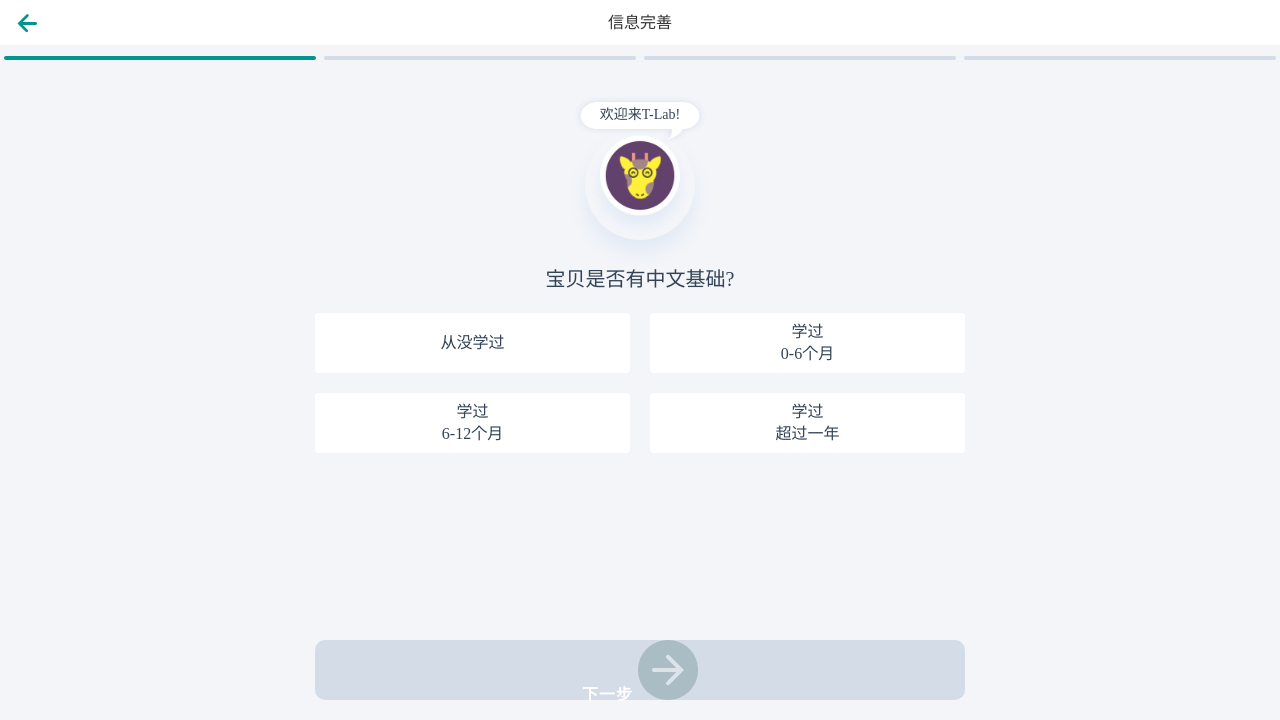
Repository: huangjf1/1
Page: /
An editor plug-in stored every save of this project. The page is shown before and after the next save, followed by the edit.
The browser window is 1280 px wide. The pictures show the whole page.
The project was rebuilt for these pictures with package versions that can differ from the ones it lists, and the page was loaded fresh each time. Also part of the build but not shown: vue.config.js.

Above is the page before, as saved 2021-08-24 12:37:45.

### src/main.js
import { createApp } from 'vue'
import { NavBar, Swipe, SwipeItem, Picker, Field, Popup } from 'vant';
import App from './App.vue'
import router from './router'
import less from 'less'
import "lib-flexible/flexible.js"
import 'vant/lib/index.css';
const app = createApp(App)
app.use(router)
app.use(less)
app.use(NavBar)
app.use(Swipe)
app.use(Picker)
app.use(Field)
app.use(SwipeItem)
app.use(Popup)
app.mount('#app')

### src/App.vue
<template>
  <div id="app">
    <router-view></router-view>
  </div>
</template>

<script>
export default {
  name: 'App',
}
</script>
<style>
*{
  margin: 0;
  padding: 0;
  font-family: Montserrat,PingFang,Microsoft YaHei;
}
#app {
  width: 100%;
  height: 100%;
  position: absolute;
  left: 0;
  right: 0;
  top: 0;
  bottom: 0;
}
</style>

### src/router/index.js
import { createRouter, createWebHashHistory } from 'vue-router'
const router = createRouter({
  history: createWebHashHistory(),
  routes: [
    {
      path: '/',
      name: '/',
      redirect: '/index'
    },
    {
    path: '/index',
    name: 'index',
    component: () => import('@/views/index.vue'),
    meta: {
      index: 1
    }
  },]
})
export default router

### src/views/index.vue

<template>
  <div class="content">
    <van-nav-bar title="信息完善" left-arrow @click-left="onClickLeft">
      <template #left>
        <img class="backIcon" src="@/assets/image/back.png" alt="">
      </template>
    </van-nav-bar>
    <div class="tabs">
      <div :class="initIndex>=0?'currentTab':''"></div>
      <div :class="initIndex>=1?'currentTab':''"></div>
      <div :class="initIndex>=2?'currentTab':''"></div>
      <div :class="initIndex>=3?'currentTab':''"></div>
      <!-- <div :class="initIndex==4?'currentTab':''"></div> -->
    </div>
    <div class="my-swipe">
      <van-swipe ref="swipe"  indicator-color="transparent" :touchable="false">
        <!-- 是否有中文基础 -->
        <van-swipe-item class="pageFour">
          <div class="select-chines">
            <div class="message-info">欢迎来T-Lab!</div>
            <img class="avatar" src="@/assets/image/avatar.png">
            <p>宝贝是否有中文基础?</p>
            <div class="select-list-box">
              <div @click="selectChines!=0?selectChines=0:selectChines=null" class="select-list" :class="selectChines==0?'current-select-list':''">
                从没学过
              </div>
              <div @click="selectChines!=1?selectChines=1:selectChines=null" class="select-list" :class="selectChines==1?'current-select-list':''">
                <p>学过</p>
                <p>0-6个月</p>
              </div>
              <div @click="selectChines!=2?selectChines=2:selectChines=null" class="select-list" :class="selectChines==2?'current-select-list':''">
                <p>学过</p>
                <p>6-12个月</p>
              </div>
              <div @click="selectChines!=3?selectChines=3:selectChines=null" class="select-list" :class="selectChines==3?'current-select-list':''">
                <p>学过</p>
                <p>超过一年</p>
              </div>
            </div>
          </div>
          <div class="btn" @click="next(1)" v-show="selectChines!=null">
            下一步
          </div>
          <div class="btn-gray" v-show="selectChines==null">
            下一步
            <img src="@/assets/image/next_gray.png" alt="">
          </div>
        </van-swipe-item>
        <!-- 学习中文的侧重点 -->
        <van-swipe-item class="pageFour">
          <div class="select-chines">
            <img class="avatar" src="@/assets/image/avatar.png">
            <p>宝贝学习中文的侧重点? (可多选)</p>
            <div class="select-list-box">
              <div class="select-list" @click="selectList(item, index)" :class="item.check==true?'current-select-list':''" v-for="(item, index) in list" :key="index">
                {{item.text}}
              </div>
            </div>
          </div>
          <div class="btn" @click="next(2)" v-show="list.some(item => item.check === true)"></div>
          <div class="btn-gray" v-show="!list.some(item => item.check === true)"></div>
        </van-swipe-item>
        <!-- 选择出生年月 -->
        <van-swipe-item class="pageThree">
          <div class="select-age">
            <img class="avatar" src="@/assets/image/avatar.png">
            <p>宝贝哪年出生?</p>
            <van-field
              v-model="result"
              is-link
              readonly
              placeholder="请选择"
              @click="showPicker = true"
              arrow-direction='down'
              input-align='center'
              :border='false'
            />
            <div class="age-desc">我们会根据孩子不同的年龄推荐相应的体验课程</div>

          </div>
          <div class="btn" @click="next(3)" v-show="result"></div>
          <div class="btn-gray" v-show="!result"></div>
        </van-swipe-item>
        <!-- 输入昵称 -->
        <van-swipe-item class="pageOne">
          <div class="pageOneDesc">
            <img class="avatar" src="@/assets/image/avatar.png">
            <div class="nameDesc">点击输入宝贝昵称</div>
            <input @input="changeText" v-model="name" type="text" placeholder="请输入">
            <div class="message" :class="firstShow?'messageColor':''">最多14个英文字符或7个汉字</div>
          </div>
          <div class="btn btn-success" v-show="!firstShow"></div>
          <div class="btn-gray" v-show="firstShow"></div>
        </van-swipe-item>
        <!-- 选择性别 -->
        <!-- <van-swipe-item class="pageTwo">
          <div class="selectSex">
            <div class="man" @click="selectSex!=1?selectSex=1:selectSex=''">
              <img class="manImg" src="@/assets/image/man.png">
              <img class="checkImg" v-show="selectSex==1" src="@/assets/image/checked.png">
            </div>
            <div class="andText">或</div>
            <div class="woman" @click="selectSex!=2?selectSex=2:selectSex=''">
              <img class="womanImg" src="@/assets/image/woman.png">
              <img class="checkImg" v-show="selectSex==2" src="@/assets/image/checked.png">
            </div>
          </div>
          <div class="btn" @click="next(2)" v-show="selectSex!=''"></div>
          <div class="btn-gray" v-show="selectSex==''"></div>
        </van-swipe-item> -->
      </van-swipe>
    </div>
    <van-popup v-model:show="showPicker" round position="bottom">
      <van-picker
        show-toolbar
        :columns="columns"
        @cancel="showPicker = false"
        @confirm="onConfirm"
        confirm-button-text="确定"
        confirm-color='red'
      />
    </van-popup>
  </div>
</template>
<script>
import { ref, onMounted } from 'vue'
export default {
  components: {

  },
  setup () {
    let initIndex = ref(0)
    let name = ref('')
    let selectChines = ref(null)
    let swipe = ref('')
    let firstShow = ref(true)
    let selectSex = ref('')
    let date = new Date()
    let year = date.getFullYear()
    console.log(year)
    const columns = []
    for (var i = 2000;i<=year;i++){
      columns.unshift({
        text: i
      })
    }
    // 侧重点列表
    const list = ref([
      { text: '拼音', check: false },
      { text: '听力', check: false },
      { text: '阅读', check: false },
      { text: '口语', check: false}
    ])
    const result = ref('');
    const showPicker = ref(false);
    const onConfirm = (value) => {
      result.value = value.text;
      showPicker.value = false;
    };
    // 返回
    const onClickLeft = () => {
      if (initIndex.value>0){
        swipe.value.prev()
        initIndex.value -= 1
      }
    }
    const selectList = (item) => {
      item.check = !item.check
    }
    const changeText = () => {
      /*eslint-disable*/
      let len = name.value.replace(/[^\x00-\xFF]/g,'**').length
      if (len<=14 && len>0) {
        firstShow.value = false
      } else {
        firstShow.value = true
      }
    }
    const next = (index) => {
      if (initIndex.value<4){
        swipe.value.next()
        initIndex.value = index
      }
    }
    onMounted (()=>{

    })
    return {
      initIndex,
      swipe,
      firstShow,
      columns,
      result,
      showPicker,
      list,
      selectChines,
      name,
      changeText,
      selectSex,
      onClickLeft,
      onConfirm,
      selectList,
      next
    }
  }
}
</script>
<style scoped lang="less">
 .content {
   width: 100%;
   height: 100%;
   margin: 0 auto;
   display: flex;
   overflow-y: auto;
   flex-direction: column;
   background: #f3f5f9;
   .backIcon {
     width: 24px;
     height: 24px;
   }
   .my-swipe {
      flex: 1;
      .van-swipe {
       height: 100%;
      }
      .van-swipe-item {
       color: #fff;
       font-size: 20px;
       text-align: center;
      }
      /deep/.van-swipe__indicators {
        display: none;
      }
      .pageOne {
        position: relative;
        display: flex;
        flex-direction: column;
        .pageOneDesc{
          flex: 1;
        }

        .nameDesc {
          text-align: center;
          color: #344356;
          font-size: 16px;
          font-weight: 600;
          font-family: PingFang HK;
          margin-top: 25px;
        }
        input {
          width: 335px;
          height: 16px;
          line-height: 16px;
          background: #FFFFFF;
          padding: 17px 0;
          border-radius: 10px;
          border: none;
          outline: none;
          font-size: 16px;
          text-align: center;
          margin-top: 19px;
          color: #344356;
        }
        .message {
          color: #344356;
          font-size: 14px;
          margin-top: 10px;
          &.messageColor {
            color: #FF7044;
          }
        }

      }
      .pageTwo {
        position: relative;
        display: flex;
        flex-direction: column;
        .selectSex {
          width: 140px;
          height: 340px;
          margin: 100px auto 0;
          flex: 1;
          .man,.woman {
            width: 140px;
            height: 140px;
            background: #FFFFFF;
            position: relative;
            cursor: pointer;
            .manImg{
              width: 56px;
              height: 59px;
              position: absolute;
              left: 0;
              top: 0;
              bottom: 0;
              right: 0;
              margin: auto;
            }
            .womanImg {
              width: 62px;
              height: 58px;
              position: absolute;
              left: 0;
              top: 0;
              bottom: 0;
              right: 0;
              margin: auto;
            }
            .checkImg {
              width: 22px;
              height: 22px;
              position: absolute;
              right: 5px;
              top: 5px;
            }
          }
          .andText {
            height: 60px;
            line-height: 60px;
            color: #344356;
            text-align: center;
            font-size: 16px;
          }
        }
      }
      .pageThree {
        display: flex;
        flex-direction: column;
        .select-age {
          width: 335px;
          flex: 1;
          margin: 0 auto;
          >p{
            color: #344356;
            font-size: 20px;
            margin-top: 20px;
            font-family: PingFang HK;
            font-style: normal;
            font-weight: 500;
            margin-bottom: 25px;
          }
          .age-desc {
            color: #5a6776;
            font-family: PingFang HK;
            font-style: normal;
            font-weight: normal;
            font-size: 14px;
            line-height: 20px;
            margin-top: 20px;
          }
          .van-field {
            border-radius: 5px;
          }
          /deep/ .van-popup--bottom {
            width: 375px;
            left: 0;
            right: 0;
            margin: auto;
            bottom: 0;
          }
          /deep/ .van-picker__toolbar {
            color: gray;
          }
          /deep/ .van-picker__confirm {
            color: #344356
          }
        }
      }
      .pageFour {
        margin: 0 auto;
        display: flex;
        flex-direction: column;
        .select-chines {
          flex: 1;
          width: 100%;
          min-width: 375px;
          max-width: 670px;
          margin: 0 auto;
          position: relative;
          .message-info {
            width: 136px;
            height: 52px;
            position: absolute;
            background: url('~@/assets/image/Union.png') no-repeat;
            background-size: 100% 100%;
            left: 0;
            right: 0;
            margin: auto;
            top: 35px;
            font-family: PingFang HK;
            font-style: normal;
            font-weight: 500;
            font-size: 14px;
            line-height: 40px;
            color: #344356;
          }
          >p {
            font-family: PingFang HK;
            font-style: normal;
            font-weight: 500;
            font-size: 20px;
            line-height: 28px;
            color: #344356;
            margin-top: 20px;
          }
          .select-list-box {
            display: flex;
            flex-wrap: wrap;
            justify-content: space-around;
          }
          .select-list {
            width: calc(50% - 20px);
            height: 60px;
            display: flex;
            margin:0 5px;
            flex-direction: column;
            align-items: center;
            background: white;
            font-family: PingFang HK;
            font-style: normal;
            font-weight: 500;
            font-size: 16px;
            line-height: 22px;
            display: flex;
            justify-content: center;
            text-align: center;
            color: #344356;
            border-radius: 4px;
            margin-top: 20px;
            &.current-select-list {
              background: #088384;
              color: white;
            }
          }
        }
      }
      .avatar {
        width: 110px;
        height: 110px;
        border-radius: 50%;
        box-shadow: 0px 12px 19px rgba(60, 128, 209, 0.0851449);
        margin-top: 70px;
      }
      .btn {
        width: 100%;
        min-width: 375px;
        max-width: 650px;
        height: 60px;
        background: #088384;
        background-size: 100% 100%;
        cursor: pointer;
        margin: 20px auto 20px;
        border-radius: 10px;
        font-family: Montserrat;
        font-weight: bold;
        font-size: 16px;
        letter-spacing: 1px;
        text-transform: uppercase;
        color: #FFFFFF;
      }
      .btn-success {
        background: url('../assets/image/success.png') no-repeat;
        background-size: 100% 100%;
      }
      .btn-gray {
        width: 100%;
        min-width: 375px;
        max-width: 650px;
        height: 60px;
        text-align: center;
        line-height: 60px;
        cursor: pointer;
        background: #D4DCE7;
        margin: 20px auto 20px;
        border-radius: 10px;
        font-family: Montserrat;
        font-weight: bold;
        font-size: 16px;
        letter-spacing: 1px;
        text-transform: uppercase;
        color: #FFFFFF;
      }
   }
   .tabs {
     width: 100%;
     height: 4px;
     display: flex;
     justify-content: space-around;
     margin: 10px auto 0;
     div{
       height: 4px;
       flex: 1;
       background: #D4DCE7;
       border-radius: 26px;
       margin: 0 4px;
     }
     .currentTab {
       background: #00968E;
     }
   }
 }

</style>

Loaded but not shown: public/index.html (common file)

After the next save:
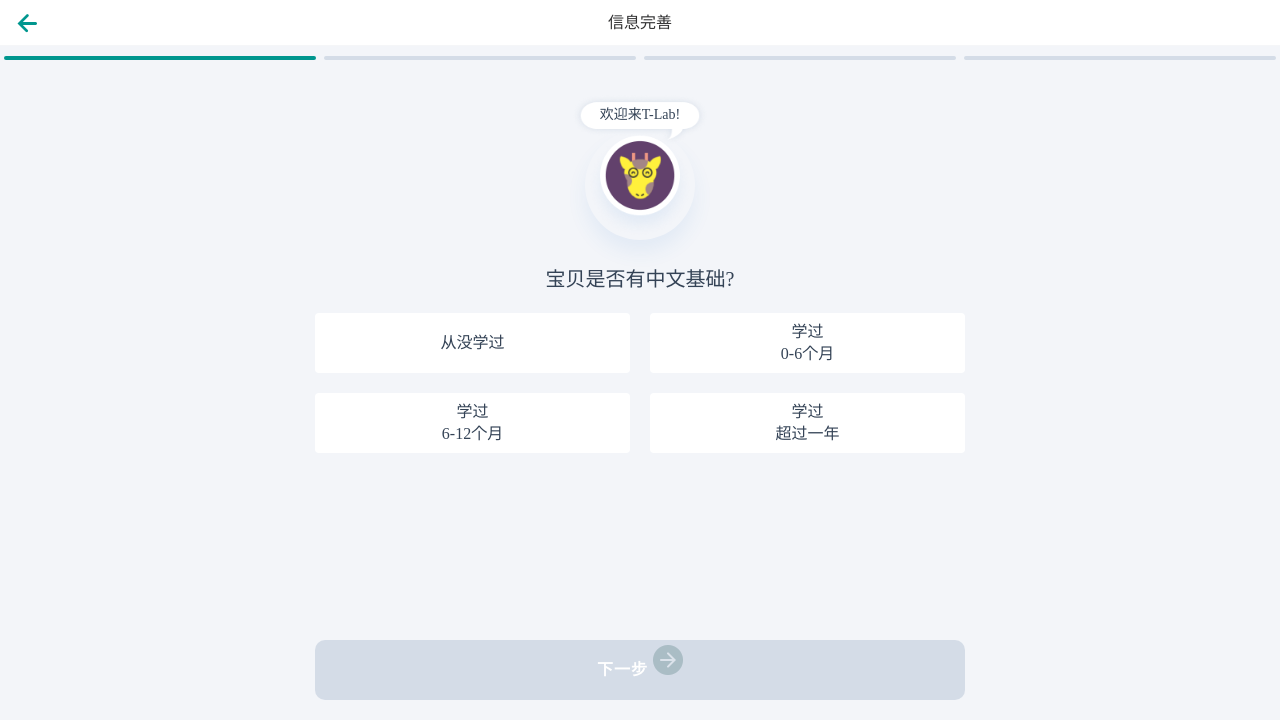
Saved 13 s later.
--- a/src/views/index.vue
+++ b/src/views/index.vue
@@ -480,6 +480,10 @@ export default {
         letter-spacing: 1px;
         text-transform: uppercase;
         color: #FFFFFF;
+        img {
+          width: 30px;
+          height: 30px;
+        }
       }
    }
    .tabs {
